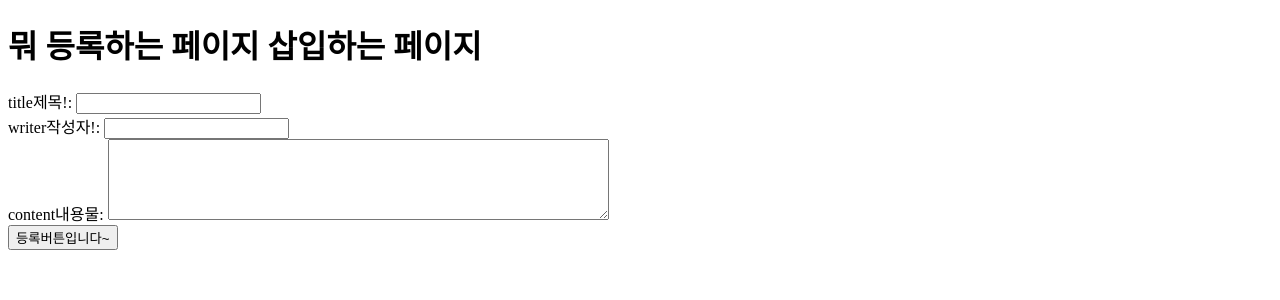
Repository: gatsby5959/_jsp_workspace_brd-mem_copy
Page: http://localhost/jsp_BoardMember/board/register.jsp
An editor plug-in stored every save of this project. The page is shown before and after the next save, followed by the edit.
The browser window is 1280 px wide. The pictures show the whole page.
The page is served by Tomcat 9.

Above is the page before, as saved 2023-09-06 11:57:58.

After the next save:
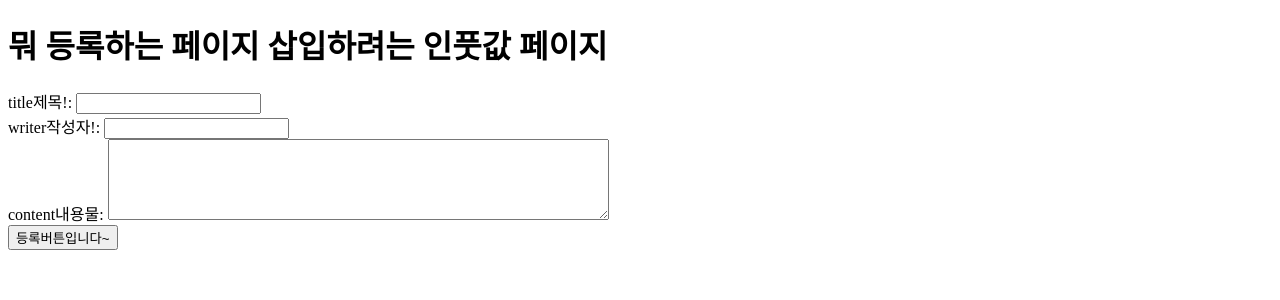
Saved 23 s later.
--- a/jsp_BoardMember/src/main/webapp/board/register.jsp
+++ b/jsp_BoardMember/src/main/webapp/board/register.jsp
@@ -7,7 +7,7 @@
 <title>Insert title here</title>
 </head>
 <body>
-<h1>뭐 등록하는 페이지 삽입하는 페이지</h1>
+<h1>뭐 등록하는 페이지 삽입하려는 인풋값 페이지</h1>
 <form action="/brd/insert" method="post">
 	title제목!: <input type="text" name="title"><br>
 	writer작성자!: <input type="text" name="writer"><br>
